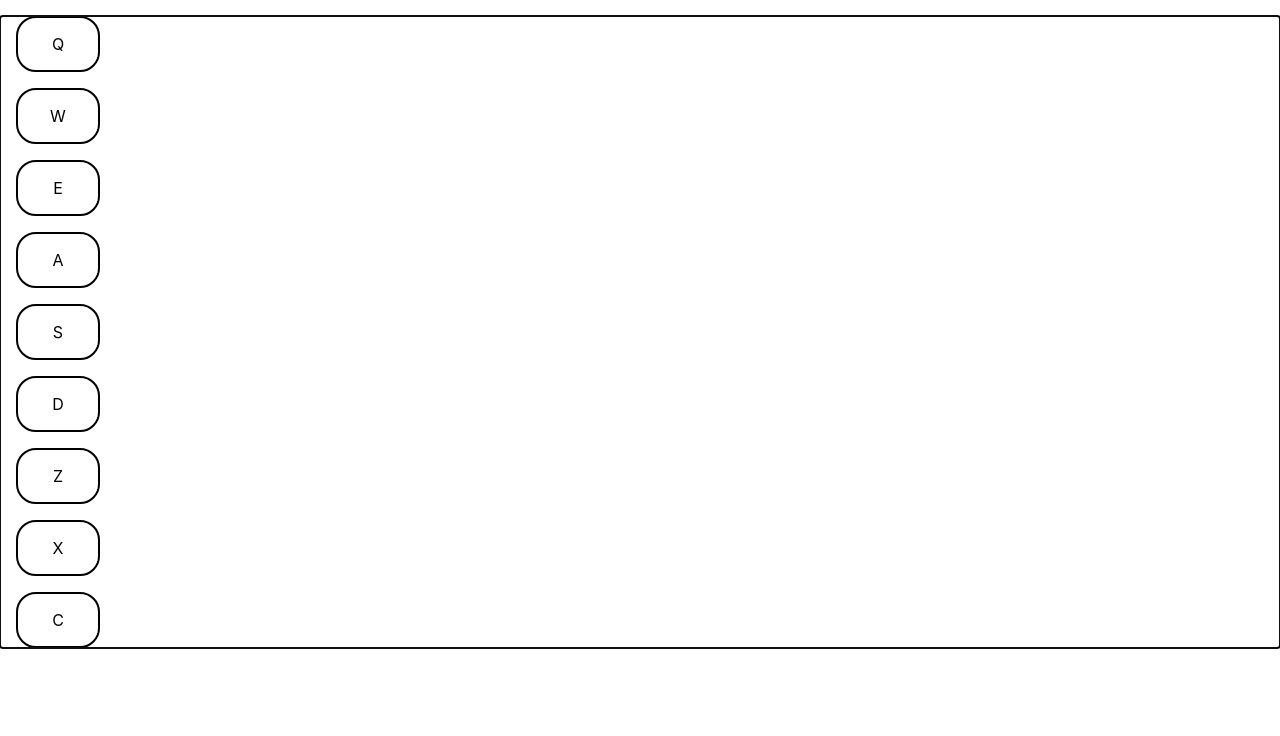
Repository: milac0/drum-machine
Page: /
These files come from the project's save history. The page is drawn as it stood at one moment and after the next save; the edit follows.
The browser window is 1280 px wide. The pictures show the whole page.
The project was rebuilt for these pictures with package versions that can differ from the ones it lists, and the page was loaded fresh each time.

Above is the page before, as saved 2019-10-25 17:22:20.

After the next save:
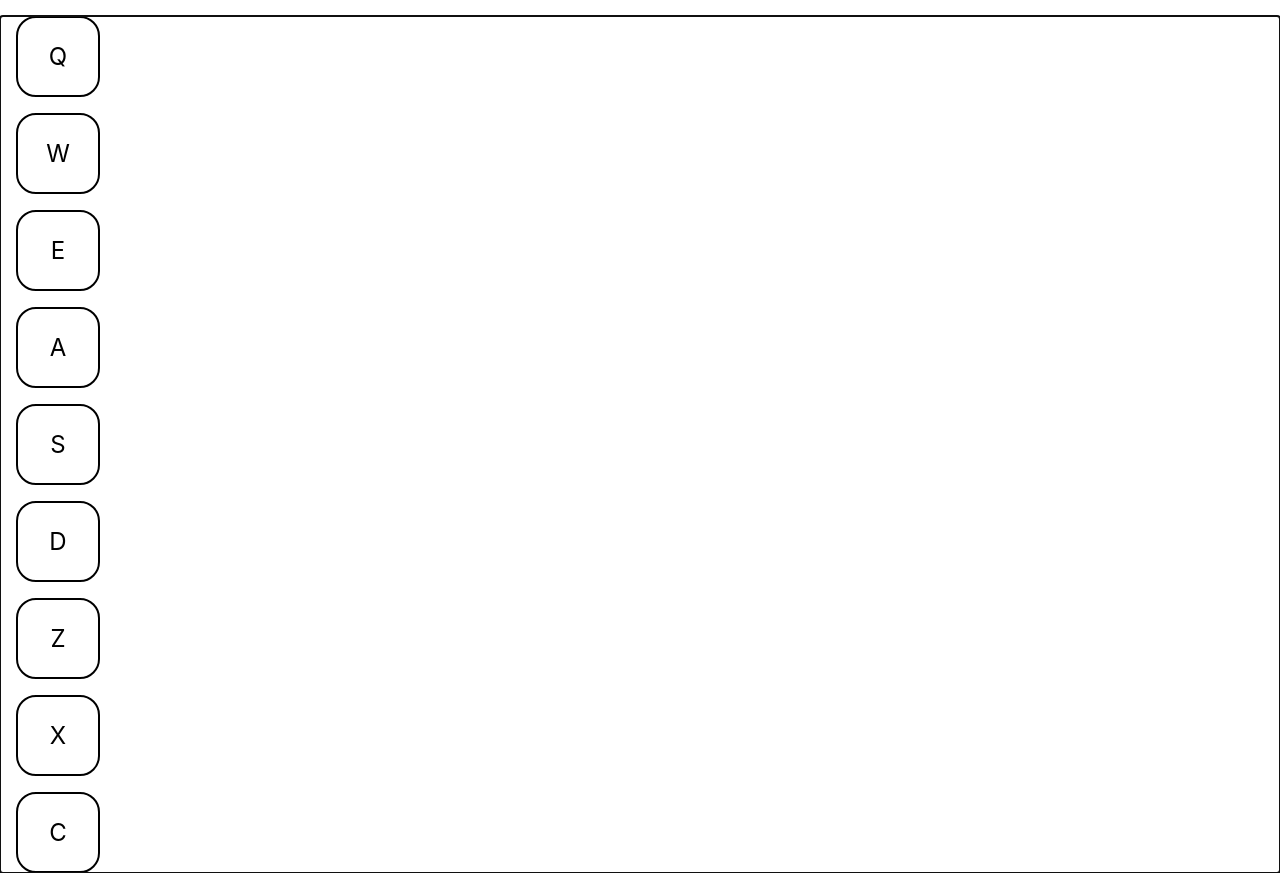
Saved 4 s later.
--- a/src/App.css
+++ b/src/App.css
@@ -23,7 +23,7 @@
 }
 
 .drum-pad p {
-  font-size: 1rem;
+  font-size: 1.5rem;
 }
 
 /* #display {
